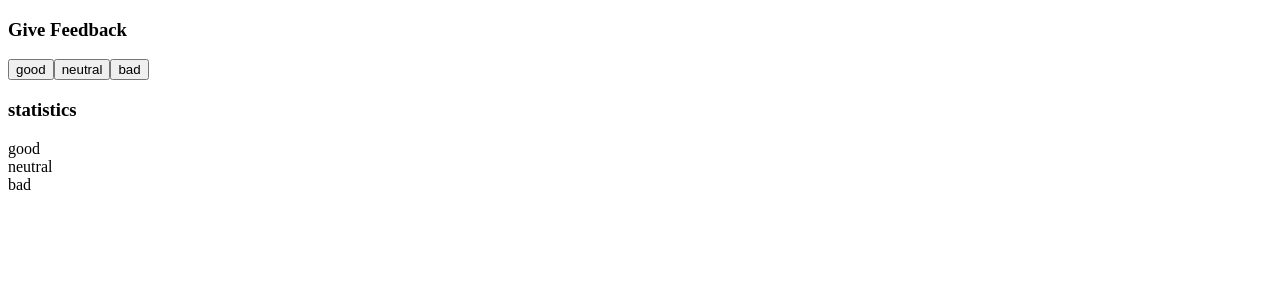
Repository: 4di61/FullStackOpen
Page: / (app in part1/unicafe/)
These files come from the project's save history. The page is drawn as it stood at one moment and after the next save; the edit follows.
The browser window is 1280 px wide. The pictures show the whole page.
The project was rebuilt for these pictures with package versions that can differ from the ones it lists, and the page was loaded fresh each time. Also part of the build but not shown: part1/unicafe/vite.config.js.

Above is the page before, as saved 2024-09-05 10:37:19.

After the next save:
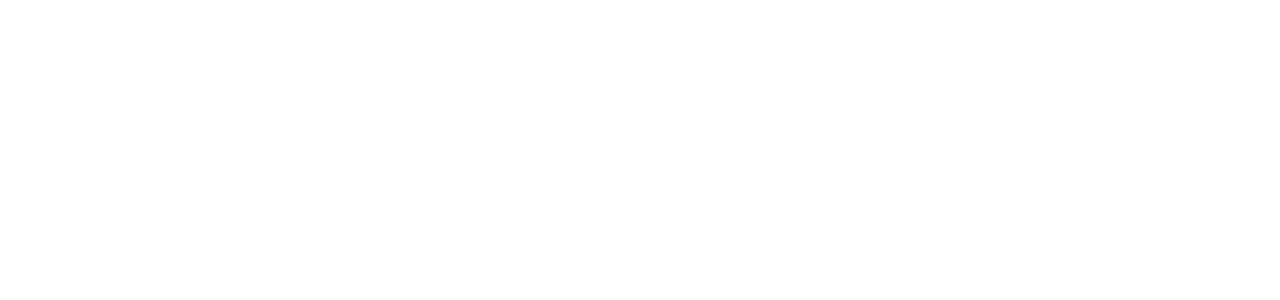
Console error: ReferenceError: set is not defined
Saved 10 s later.
--- a/part1/unicafe/src/App.jsx
+++ b/part1/unicafe/src/App.jsx
@@ -38,7 +38,7 @@
   const [neutral, setNeutral] = useState(0)
   const [bad, setBad] = useState(0)
 
-
+  set
 
   return (
     <div>

After the save that followed:
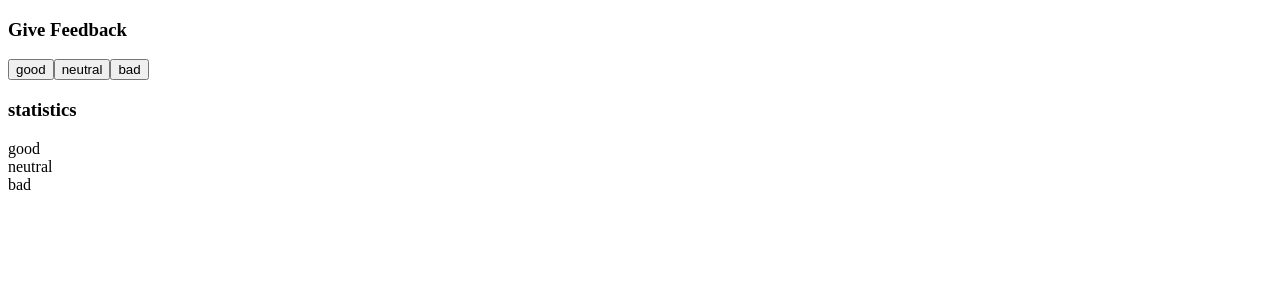
The error is gone.
Saved 5 s later.
--- a/part1/unicafe/src/App.jsx
+++ b/part1/unicafe/src/App.jsx
@@ -38,7 +38,7 @@
   const [neutral, setNeutral] = useState(0)
   const [bad, setBad] = useState(0)
 
-  set
+
 
   return (
     <div>
